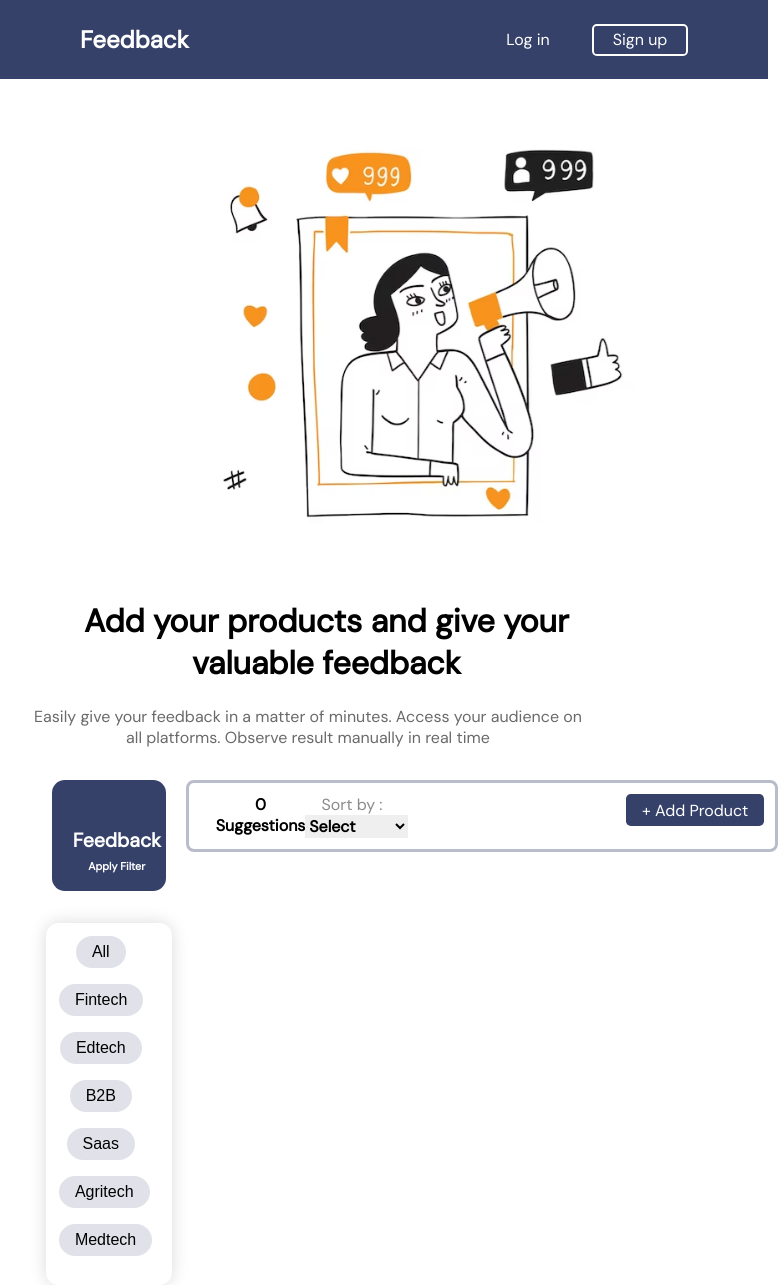
Repository: drumsmanku/final-evaluation-test
Page: / (app in client/)
These files come from the project's save history. The page is drawn as it stood at one moment and after the next save; the edit follows.
The browser window is 768 px wide. The page is 778 px wide, so the pictures cover 778 px, including what lies to the right of the window. The pictures show the whole page.
The page's requests for data from a server got no answer. The project was rebuilt for these pictures with package versions that can differ from the ones it lists, and the page was loaded fresh each time. No one was signed in, and anything a server would have sent is missing. Also part of the build but not shown: client/src/CSS/LoginPopUp.css, client/src/Components/LoginPopUp.js, client/src/CSS/SignupPopUp.css, client/src/Components/SignupPopUp.js, client/src/CSS/AddProductPopUp.css, client/src/Components/AddProductPopUp.js, client/src/Components/CommentsSection.js, client/src/CSS/SignUp.css and 3 more.

Above is the page before, as saved 2023-07-31 23:49:40.

After the next save:
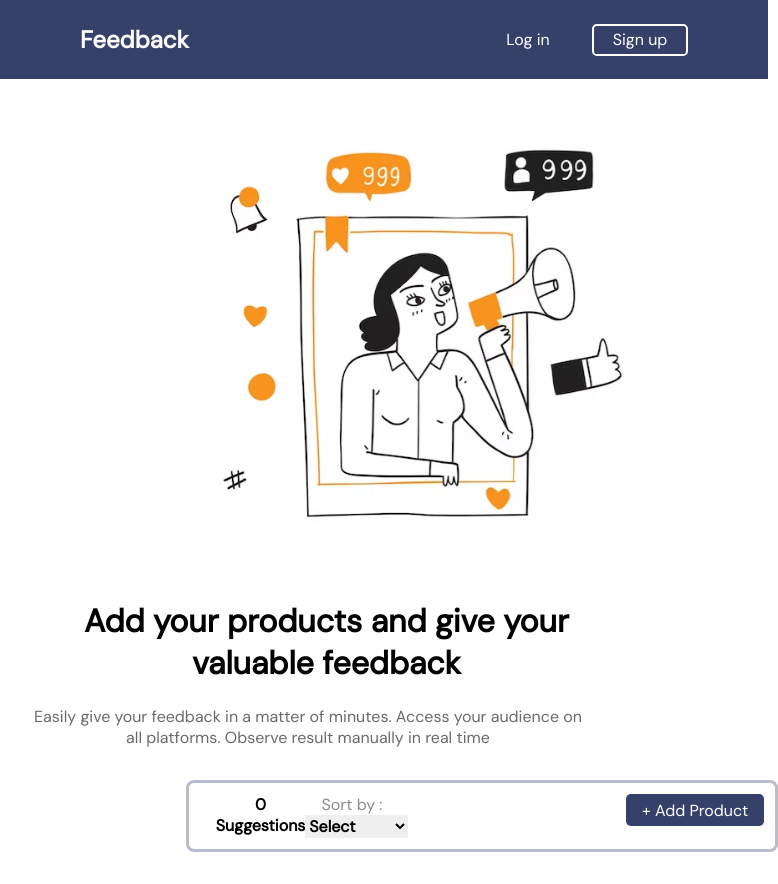
Saved 106 s later.
--- a/client/src/CSS/MainPage.css
+++ b/client/src/CSS/MainPage.css
@@ -158,8 +158,8 @@ body{
   .both-texts{
     margin-bottom: 2rem;
   }
-  .bottom-left{
-    font-size: small;
+  .bottom-left>article{
+    display: none;
   }
   .main-heading{
     max-width: 90%;
